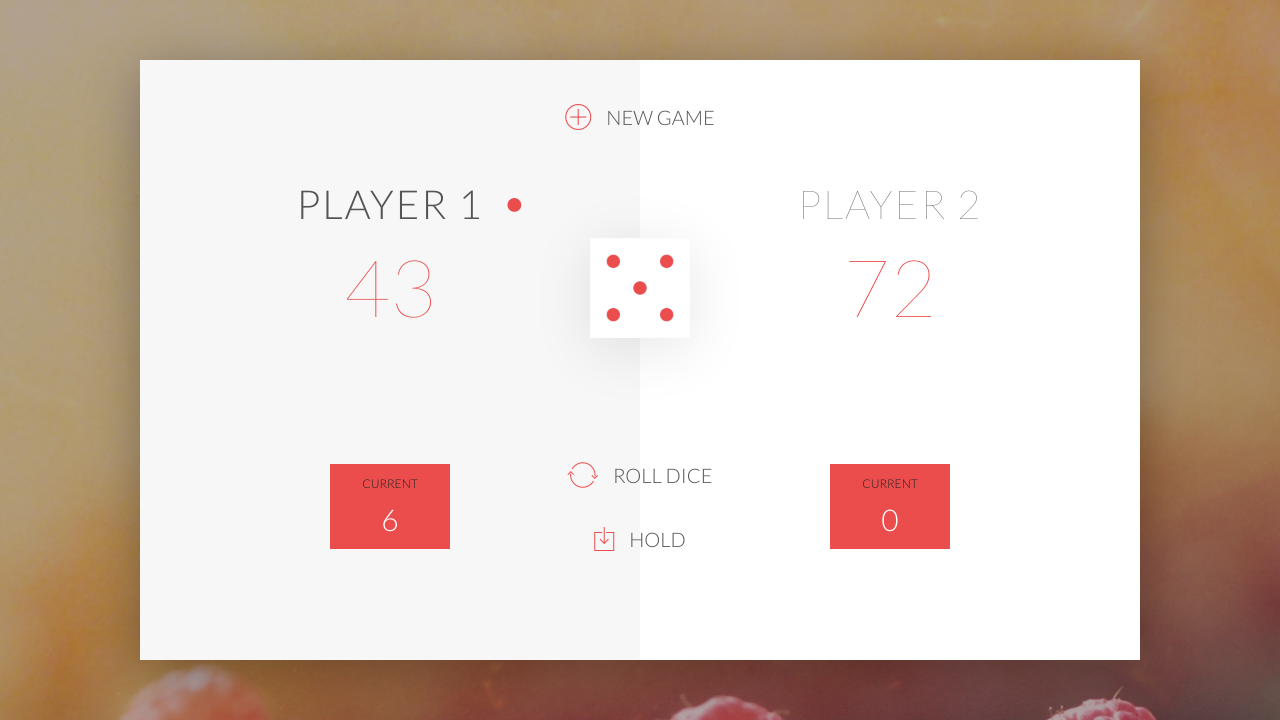
Repository: hexanek/hexanek.github.io
Page: pig-game/index.html
An editor plug-in stored every save of this project. The page is shown before and after the next save, followed by the edit.
The browser window is 1280 px wide. The pictures show the whole page.

Above is the page before, as saved 2019-12-17 20:18:02.

### pig-game/index.html
<!DOCTYPE html>
<html lang="en">
    <head>
        <meta charset="UTF-8">
        <link href="https://fonts.googleapis.com/css?family=Lato:100,300,600" rel="stylesheet" type="text/css">
        <link href="http://code.ionicframework.com/ionicons/2.0.1/css/ionicons.min.css" rel="stylesheet" type="text/css">
        <link type="text/css" rel="stylesheet" href="style.css">

        <title>Pig Game</title>
    </head>

    <body>
        <div class="wrapper clearfix">
            <div class="player-0-panel active">
                <div class="player-name" id="name-0">Player 1</div>
                <div class="player-score" id="score-0">43</div>
                <div class="player-current-box">
                    <div class="player-current-label">Current</div>
                    <div class="player-current-score" id="current-0">11</div>
                </div>
            </div>

            <div class="player-1-panel">
                <div class="player-name" id="name-1">Player 2</div>
                <div class="player-score" id="score-1">72</div>
                <div class="player-current-box">
                    <div class="player-current-label">Current</div>
                    <div class="player-current-score" id="current-1">0</div>
                </div>
            </div>

            <button class="btn-new"><i class="ion-ios-plus-outline"></i>New game</button>
            <button class="btn-roll"><i class="ion-ios-loop"></i>Roll dice</button>
            <button class="btn-hold"><i class="ion-ios-download-outline"></i>Hold</button>

            <img src="dice-5.png" alt="Dice" class="dice">
        </div>

        <script src="app.js"></script>
    </body>
</html>

### pig-game/style.css
/**********************************************
*** GENERAL
**********************************************/

* {
    margin: 0;
    padding: 0;
    box-sizing: border-box;

}

.clearfix::after {
    content: "";
    display: table;
    clear: both;
}

body {
    background-image: linear-gradient(rgba(62, 20, 20, 0.4), rgba(62, 20, 20, 0.4)), url(back.jpg);
    background-size: cover;
    background-position: center;
    font-family: Lato;
    font-weight: 300;
    position: relative;
    height: 100vh;
    color: #555;
}

.wrapper {
    width: 1000px;
    position: absolute;
    top: 50%;
    left: 50%;
    transform: translate(-50%, -50%);
    background-color: #fff;
    box-shadow: 0px 10px 50px rgba(0, 0, 0, 0.3);
    overflow: hidden;
}

.player-0-panel,
.player-1-panel {
    width: 50%;
    float: left;
    height: 600px;
    padding: 100px;
}



/**********************************************
*** PLAYERS
**********************************************/

.player-name {
    font-size: 40px;
    text-align: center;
    text-transform: uppercase;
    letter-spacing: 2px;
    font-weight: 100;
    margin-top: 20px;
    margin-bottom: 10px;
    position: relative;
}

.player-score {
    text-align: center;
    font-size: 80px;
    font-weight: 100;
    color: #EB4D4D;
    margin-bottom: 130px;
}

.active { background-color: #f7f7f7; }
.active .player-name { font-weight: 300; }

.active .player-name::after {
    content: "\2022";
    font-size: 47px;
    position: absolute;
    color: #EB4D4D;
    top: -7px;
    right: 10px;

}

.player-current-box {
    background-color: #EB4D4D;
    color: #fff;
    width: 40%;
    margin: 0 auto;
    padding: 12px;
    text-align: center;
}

.player-current-label {
    text-transform: uppercase;
    margin-bottom: 10px;
    font-size: 12px;
    color: #222;
}

.player-current-score {
    font-size: 30px;
}

button {
    position: absolute;
    width: 200px;
    left: 50%;
    transform: translateX(-50%);
    color: #555;
    background: none;
    border: none;
    font-family: Lato;
    font-size: 20px;
    text-transform: uppercase;
    cursor: pointer;
    font-weight: 300;
    transition: background-color 0.3s, color 0.3s;
}

button:hover { font-weight: 600; }
button:hover i { margin-right: 20px; }

button:focus {
    outline: none;
}

i {
    color: #EB4D4D;
    display: inline-block;
    margin-right: 15px;
    font-size: 32px;
    line-height: 1;
    vertical-align: text-top;
    margin-top: -4px;
    transition: margin 0.3s;
}

.btn-new { top: 45px;}
.btn-roll { top: 403px;}
.btn-hold { top: 467px;}

.dice {
    position: absolute;
    left: 50%;
    top: 178px;
    transform: translateX(-50%);
    height: 100px;
    box-shadow: 0px 10px 60px rgba(0, 0, 0, 0.10);
}

.winner { background-color: #f7f7f7; }
.winner .player-name { font-weight: 300; color: #EB4D4D; }

### pig-game/app.js
/*
GAME RULES:

- The game has 2 players, playing in rounds
- In each turn, a player rolls a dice as many times as he whishes. Each result get added to his ROUND score
- BUT, if the player rolls a 1, all his ROUND score gets lost. After that, it's the next player's turn
- The player can choose to 'Hold', which means that his ROUND score gets added to his GLBAL score. After that, it's the next player's turn
- The first player to reach 100 points on GLOBAL score wins the game

*/

var scores, roundScore, activePlayer, dice;

scores = [0,0];
roundScore = 0;
activePlayer = 0;

dice = Math.floor(Math.random() * 6) + 1;

document.querySelector('#current-'+ activePlayer).textContent = dice;

After the next save:
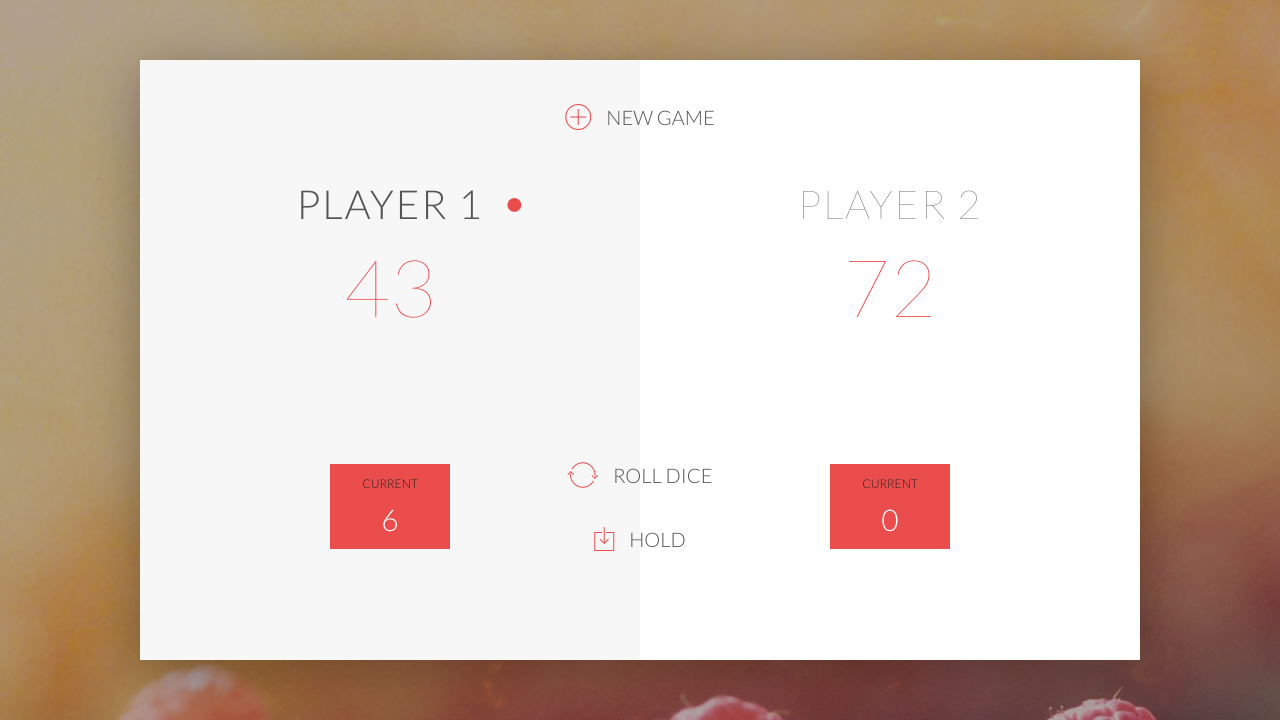
Saved 55 min 4 s later.
--- a/pig-game/app.js
+++ b/pig-game/app.js
@@ -18,3 +18,5 @@ activePlayer = 0;
 dice = Math.floor(Math.random() * 6) + 1;
 
 document.querySelector('#current-'+ activePlayer).textContent = dice;
+
+document.querySelector('.dice').style.display = 'none';
